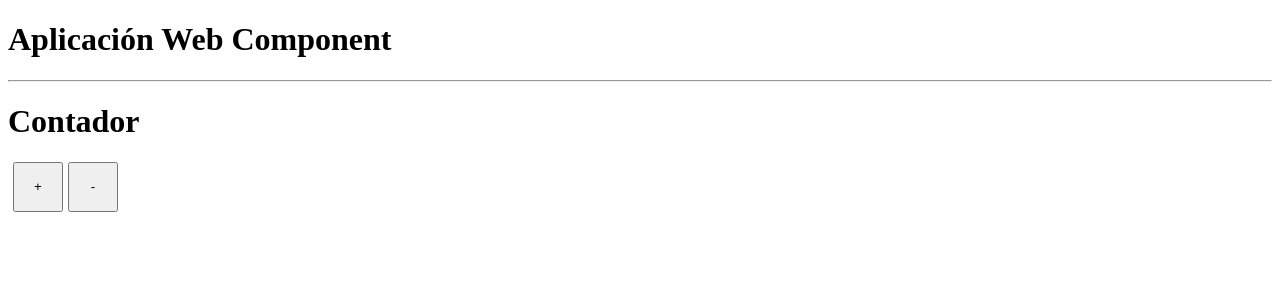
Repository: maxTech2019/Lab-react-C12024
Page: /
An editor plug-in stored every save of this project. The page is shown before and after a run of saves, followed by the edit.
The browser window is 1280 px wide. The pictures show the whole page.
The project was rebuilt for these pictures with package versions that can differ from the ones it lists, and the page was loaded fresh each time. Also part of the build but not shown: vite.config.js, src/component/Productos.jsx.

Above is the page before, as saved 2024-06-04 17:04:21.

### src/main.jsx
import React from 'react'
import ReactDOM from 'react-dom/client'
import App from './App';


const root = ReactDOM.createRoot(document.getElementById('root'));
root.render(
  <React.StrictMode>
    <App />
  </React.StrictMode>,
)

### src/App.jsx
import { Productos } from "./component/Productos";
import {ContadoruseEffect} from "./component/ContadoruseEffect";

const App = () => {
  return (
    <>
      <h1>Aplicación Web Component</h1>
      <hr />
      {/* <Contador /> */}
      {/* <Productos/> */}
      <ContadoruseEffect />
    </>
  );
}

export default App

### src/component/ContadoruseEffect.jsx

import React from 'react';
import '../css/estilos_contuseEffect.css';


export const ContadoruseEffect = () => {
  return (
    <>
        <h1>Contador</h1>
        <button className='miBoton'> + </button>
        <button className='miBoton'> - </button>
    </>
  )
}

### src/css/estilos_contuseEffect.css
 button.miBoton {
    width: 50px;
    height: 50px;
    margin-left: 5px;
 }
 h1{

 }

Loaded but not shown: index.html (common file)

After the next 4 saves:
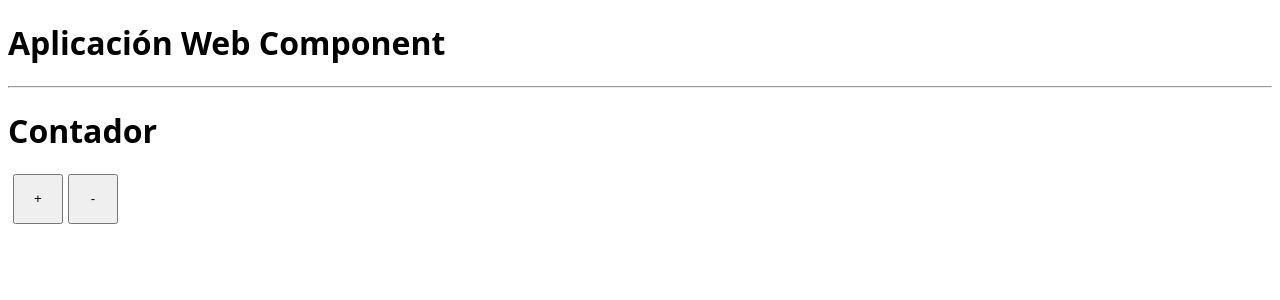
The 4 saves are shown as one change because they came seconds apart.
The last was saved 10 s later.
--- a/src/css/estilos_contuseEffect.css
+++ b/src/css/estilos_contuseEffect.css
@@ -4,5 +4,5 @@
     margin-left: 5px;
  }
  h1{
-
+    font-family: system-ui, -apple-system, BlinkMacSystemFont, 'Segoe UI', Roboto, Oxygen, Ubuntu, Cantarell, 'Open Sans', 'Helvetica Neue', sans-serif;
  }

After the save that followed:
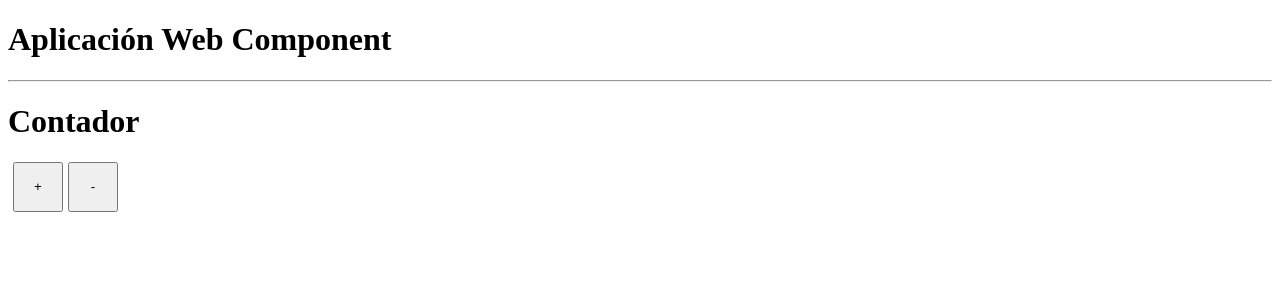
Saved 7 s later.
--- a/src/css/estilos_contuseEffect.css
+++ b/src/css/estilos_contuseEffect.css
@@ -4,5 +4,5 @@
     margin-left: 5px;
  }
  h1{
-    font-family: system-ui, -apple-system, BlinkMacSystemFont, 'Segoe UI', Roboto, Oxygen, Ubuntu, Cantarell, 'Open Sans', 'Helvetica Neue', sans-serif;
+    font-family: system-ui, -apple-system, BlinkMacSystemFont, 'Segoe UI', Roboto,;
  }
